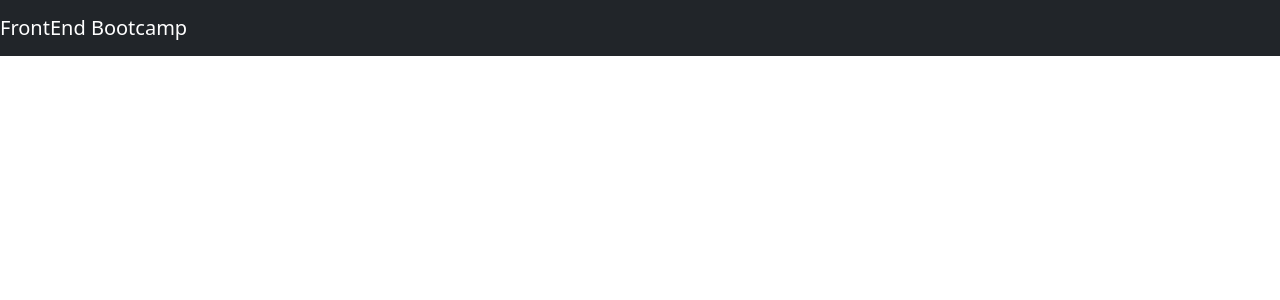
Repository: HaziimYassien/Front-End-BootCamp-__BootStrap-Project
Page: Front End BootCamp2/index.html
The author's editor kept a copy of each file at every save. The page is drawn from the files as they stood at one save, then again after a run of saves.
The browser window is 1280 px wide. The pictures show the whole page.

Above is the page before, as saved 2024-01-12 01:51:29.

### Front End BootCamp2/index.html
<!DOCTYPE html>
<html lang="en">
  <head>
    <meta charset="utf-8" />
    <meta name="viewport" content="width=device-width, initial-scale=1" />
    <title>Frontend Bootcamp</title>
    <link
      href="https://cdn.jsdelivr.net/npm/bootstrap@5.3.2/dist/css/bootstrap.min.css"
      rel="stylesheet"
      integrity="sha384-T3c6CoIi6uLrA9TneNEoa7RxnatzjcDSCmG1MXxSR1GAsXEV/Dwwykc2MPK8M2HN"
      crossorigin="anonymous"
    />
    <link rel="stylesheet" href="style.css" />
  </head>
  <body>
    <nav class="navbar navbar-expand-lg bg-dark navbar-dark">
      <a href="#" class="navbar-brand">FrontEnd Bootcamp</a>
    </nav>

    <script
      src="https://cdn.jsdelivr.net/npm/bootstrap@5.3.2/dist/js/bootstrap.bundle.min.js"
      integrity="sha384-C6RzsynM9kWDrMNeT87bh95OGNyZPhcTNXj1NW7RuBCsyN/o0jlpcV8Qyq46cDfL"
      crossorigin="anonymous"
    ></script>
  </body>
</html>

Loaded but not shown: Front End BootCamp2/style.css (no copy from this time; the picture is the same without it)

After the next 4 saves:
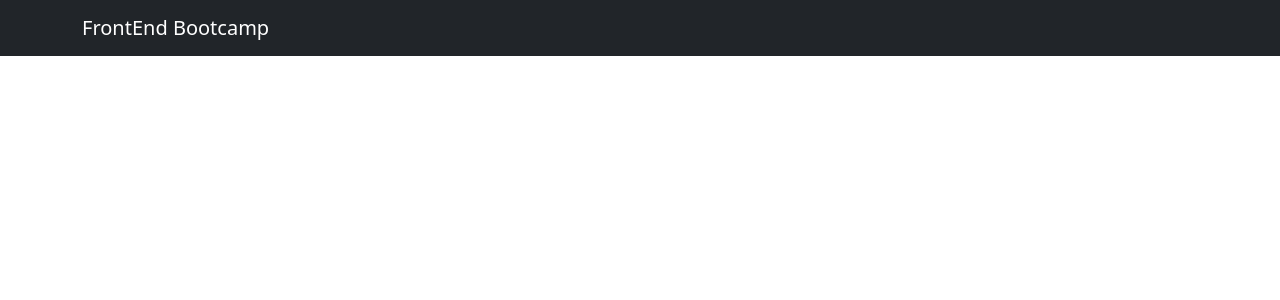
The 4 saves are shown as one change because they came seconds apart.
The last was saved 45 s later.
--- a/Front End BootCamp2/index.html
+++ b/Front End BootCamp2/index.html
@@ -14,7 +14,9 @@
   </head>
   <body>
     <nav class="navbar navbar-expand-lg bg-dark navbar-dark">
-      <a href="#" class="navbar-brand">FrontEnd Bootcamp</a>
+      <div class="container">
+        <a href="#" class="navbar-brand">FrontEnd Bootcamp</a>
+      </div>
     </nav>
 
     <script
